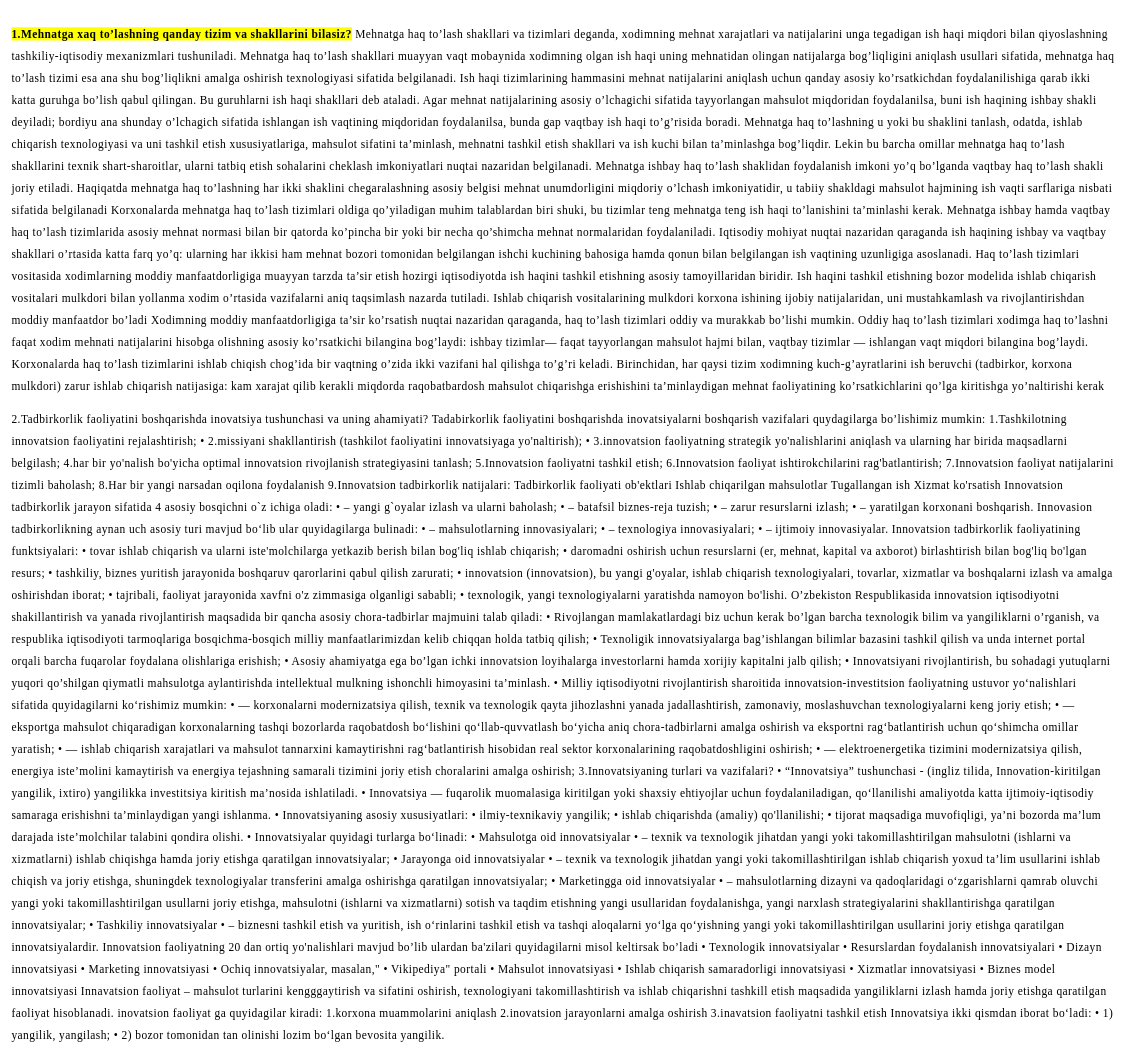
Repository: Ikromkhurozov/tsue-exam-answers
Page: index.html
These files come from the project's save history. The page is drawn as it stood at one moment and after the next save; the edit follows.
The browser window is 1280 px wide. The pictures show the whole page, at 88% of full size.

Above is the page before, as saved 2024-01-15 00:56:44.

### index.html
<!DOCTYPE html>
<html lang="en">
  <head>
    <meta charset="UTF-8" />
    <meta name="viewport" content="width=device-width, initial-scale=1.0" />
    <title>Document</title>
    <style>
      mark {
        font-weight: bold;
      }

      div {
        padding: 5px;
      }

      * {
        letter-spacing: 0.5px;
        line-height: 25px;
        font-size: 13px;
      }
    </style>
  </head>
  <body>

   <div>

      <p> <mark>1.Mehnatga xaq to’lashning qanday tizim va shakllarini bilasiz?</mark> Mehnatga haq to’lash shakllari va tizimlari deganda, xodimning mehnat xarajatlari va natijalarini unga tegadigan ish haqi miqdori bilan qiyoslashning tashkiliy-iqtisodiy mexanizmlari tushuniladi. Mehnatga haq to’lash shakllari muayyan vaqt mobaynida xodimning olgan ish haqi uning mehnatidan olingan natijalarga bog’liqligini aniqlash usullari sifatida, mehnatga haq to’lash tizimi esa ana shu bog’liqlikni amalga oshirish texnologiyasi sifatida belgilanadi.
         Ish haqi tizimlarining hammasini mehnat natijalarini aniqlash uchun qanday asosiy ko’rsatkichdan foydalanilishiga qarab ikki katta guruhga bo’lish qabul qilingan. Bu guruhlarni ish haqi shakllari deb ataladi. Agar mehnat natijalarining asosiy o’lchagichi sifatida tayyorlangan mahsulot miqdoridan foydalanilsa, buni ish haqining ishbay shakli deyiladi; bordiyu ana shunday o’lchagich sifatida ishlangan ish vaqtining miqdoridan foydalanilsa, bunda gap vaqtbay ish haqi to’g’risida boradi.
         Mehnatga haq to’lashning u yoki bu shaklini tanlash, odatda, ishlab chiqarish texnologiyasi va uni tashkil etish xususiyatlariga, mahsulot sifatini ta’minlash, mehnatni tashkil etish shakllari va ish kuchi bilan ta’minlashga bog’liqdir. Lekin bu barcha omillar mehnatga haq to’lash shakllarini texnik shart-sharoitlar, ularni tatbiq etish sohalarini cheklash imkoniyatlari nuqtai nazaridan belgilanadi. Mehnatga ishbay haq to’lash shaklidan foydalanish imkoni yo’q bo’lganda vaqtbay haq to’lash shakli joriy etiladi. Haqiqatda mehnatga haq to’lashning har ikki shaklini chegaralashning asosiy belgisi mehnat unumdorligini miqdoriy o’lchash imkoniyatidir, u tabiiy shakldagi mahsulot hajmining ish vaqti sarflariga nisbati sifatida belgilanadi
         Korxonalarda mehnatga haq to’lash tizimlari oldiga qo’yiladigan muhim talablardan biri shuki, bu tizimlar teng mehnatga teng ish haqi to’lanishini ta’minlashi kerak.
         Mehnatga ishbay hamda vaqtbay haq to’lash tizimlarida asosiy mehnat normasi bilan bir qatorda ko’pincha bir yoki bir necha qo’shimcha mehnat normalaridan foydalaniladi.
         Iqtisodiy mohiyat nuqtai nazaridan qaraganda ish haqining ishbay va vaqtbay shakllari o’rtasida katta farq yo’q: ularning har ikkisi ham mehnat bozori tomonidan belgilangan ishchi kuchining bahosiga hamda qonun bilan belgilangan ish vaqtining uzunligiga asoslanadi.
         Haq to’lash tizimlari vositasida xodimlarning moddiy manfaatdorligiga muayyan tarzda ta’sir etish hozirgi iqtisodiyotda ish haqini tashkil etishning asosiy tamoyillaridan biridir. Ish haqini tashkil etishning bozor modelida ishlab chiqarish vositalari mulkdori bilan yollanma xodim o’rtasida vazifalarni aniq taqsimlash nazarda tutiladi. Ishlab chiqarish vositalarining mulkdori korxona ishining ijobiy natijalaridan, uni mustahkamlash va rivojlantirishdan moddiy manfaatdor bo’ladi
         Xodimning moddiy manfaatdorligiga ta’sir ko’rsatish nuqtai nazaridan qaraganda, haq to’lash tizimlari oddiy va murakkab bo’lishi mumkin. Oddiy haq to’lash tizimlari xodimga haq to’lashni faqat xodim mehnati natijalarini hisobga olishning asosiy ko’rsatkichi bilangina bog’laydi: ishbay tizimlar— faqat tayyorlangan mahsulot hajmi bilan, vaqtbay tizimlar — ishlangan vaqt miqdori bilangina bog’laydi.
         Korxonalarda haq to’lash tizimlarini ishlab chiqish chog’ida bir vaqtning o’zida ikki vazifani hal qilishga to’g’ri keladi. Birinchidan, har qaysi tizim xodimning kuch-g’ayratlarini ish beruvchi (tadbirkor, korxona mulkdori) zarur ishlab chiqarish natijasiga: kam xarajat qilib kerakli miqdorda raqobatbardosh mahsulot chiqarishga erishishini ta’minlaydigan mehnat faoliyatining ko’rsatkichlarini qo’lga kiritishga yo’naltirishi kerak
         </p>




2.Tadbirkorlik faoliyatini boshqarishda inovatsiya tushunchasi va uning ahamiyati?
Tadabirkorlik faoliyatini boshqarishda inovatsiyalarni boshqarish vazifalari quydagilarga bo’lishimiz mumkin: 1.Tashkilotning innovatsion faoliyatini rejalashtirish;
•	2.missiyani shakllantirish (tashkilot faoliyatini innovatsiyaga yo'naltirish);
•	3.innovatsion faoliyatning strategik yo'nalishlarini aniqlash va ularning har birida maqsadlarni belgilash; 4.har bir yo'nalish bo'yicha optimal innovatsion rivojlanish strategiyasini tanlash; 5.Innovatsion faoliyatni tashkil etish; 6.Innovatsion faoliyat ishtirokchilarini rag'batlantirish; 7.Innovatsion faoliyat natijalarini tizimli baholash; 8.Har bir yangi narsadan oqilona foydalanish 9.Innovatsion tadbirkorlik natijalari: Tadbirkorlik faoliyati ob'ektlari Ishlab chiqarilgan mahsulotlar Tugallangan ish Xizmat ko'rsatish
Innovatsion tadbirkorlik jarayon sifatida 4 asosiy bosqichni o`z ichiga oladi:
•	– yangi g`oyalar izlash va ularni baholash;
•	– batafsil biznes-reja tuzish;
•	– zarur resurslarni izlash;
•	– yaratilgan korxonani boshqarish.

Innovasion tadbirkorlikning aynan uch asosiy turi mavjud boʻlib ular quyidagilarga bulinadi:
•	– mahsulotlarning innovasiyalari;
•	– texnologiya innovasiyalari;
•	– ijtimoiy innovasiyalar.

Innovatsion tadbirkorlik faoliyatining funktsiyalari:
•	tovar ishlab chiqarish va ularni iste'molchilarga yetkazib berish bilan bog'liq ishlab chiqarish;
•	daromadni oshirish uchun resurslarni (er, mehnat, kapital va axborot) birlashtirish bilan bog'liq bo'lgan resurs;
•	tashkiliy, biznes yuritish jarayonida boshqaruv qarorlarini qabul qilish zarurati;
•	innovatsion (innovatsion), bu yangi g'oyalar, ishlab chiqarish texnologiyalari, tovarlar, xizmatlar va boshqalarni izlash va amalga oshirishdan iborat;
•	tajribali, faoliyat jarayonida xavfni o'z zimmasiga olganligi sababli;
•	texnologik, yangi texnologiyalarni yaratishda namoyon bo'lishi.
	O’zbekiston Respublikasida innovatsion iqtisodiyotni shakillantirish va yanada rivojlantirish maqsadida bir qancha asosiy chora-tadbirlar majmuini talab qiladi:
•	Rivojlangan mamlakatlardagi biz uchun kerak bo’lgan barcha texnologik bilim va yangiliklarni o’rganish, va respublika iqtisodiyoti tarmoqlariga bosqichma-bosqich milliy manfaatlarimizdan kelib chiqqan holda tatbiq qilish;
•	Texnoligik innovatsiyalarga bag’ishlangan bilimlar bazasini tashkil qilish va unda internet portal orqali barcha fuqarolar foydalana olishlariga erishish;
•	Asosiy ahamiyatga ega bo’lgan ichki innovatsion loyihalarga investorlarni hamda xorijiy kapitalni jalb qilish;
•	Innovatsiyani rivojlantirish, bu sohadagi yutuqlarni yuqori qo’shilgan qiymatli mahsulotga aylantirishda intellektual mulkning ishonchli himoyasini ta’minlash.
•		Milliy iqtisodiyotni rivojlantirish sharoitida innovatsion-investitsion faoliyatning ustuvor yo‘nalishlari sifatida quyidagilarni ko‘rishimiz mumkin:
•	— korxonalarni modernizatsiya qilish, texnik va texnologik qayta jihozlashni yanada jadallashtirish, zamonaviy, moslashuvchan texnologiyalarni keng joriy etish;
•	— eksportga mahsulot chiqaradigan korxonalarning tashqi bozorlarda raqobatdosh bo‘lishini qo‘llab-quvvatlash bo‘yicha aniq chora-tadbirlarni amalga oshirish va eksportni rag‘batlantirish uchun qo‘shimcha omillar yaratish;
•	— ishlab chiqarish xarajatlari va mahsulot tannarxini kamaytirishni rag‘batlantirish hisobidan real sektor korxonalarining raqobatdoshligini oshirish;
•	— elektroenergetika tizimini modernizatsiya qilish, energiya iste’molini kamaytirish va energiya tejashning samarali tizimini joriy etish choralarini amalga oshirish;


3.Innovatsiyaning turlari va vazifalari?
•	“Innovatsiya”  tushunchasi - (ingliz tilida, Innovation-kiritilgan yangilik, ixtiro) yangilikka  investitsiya    kiritish     ma’nosida ishlatiladi.
•	Innovatsiya — fuqarolik muomalasiga kiritilgan yoki shaxsiy ehtiyojlar uchun foydalaniladigan, qo‘llanilishi amaliyotda katta ijtimoiy-iqtisodiy samaraga erishishni ta’minlaydigan yangi ishlanma.
•	Innovatsiyaning asosiy xususiyatlari:
•	ilmiy-texnikaviy yangilik;
•	ishlab chiqarishda (amaliy) qo'llanilishi;
•	tijorat maqsadiga muvofiqligi, ya’ni bozorda ma’lum darajada iste’molchilar
talabini qondira olishi.

•	Innovatsiyalar quyidagi turlarga bo‘linadi:
•	Mahsulotga oid innovatsiyalar
•	–  texnik va texnologik jihatdan yangi yoki takomillashtirilgan mahsulotni (ishlarni va xizmatlarni) ishlab chiqishga hamda joriy etishga qaratilgan innovatsiyalar;
•	Jarayonga oid innovatsiyalar
•	– texnik va texnologik jihatdan yangi yoki takomillashtirilgan ishlab chiqarish yoxud ta’lim usullarini ishlab chiqish va joriy etishga, shuningdek texnologiyalar transferini amalga oshirishga qaratilgan innovatsiyalar;
•	Marketingga oid innovatsiyalar
•	– mahsulotlarning dizayni va qadoqlaridagi o‘zgarishlarni qamrab oluvchi yangi yoki takomillashtirilgan usullarni joriy etishga, mahsulotni (ishlarni va xizmatlarni) sotish va taqdim etishning yangi usullaridan foydalanishga, yangi narxlash strategiyalarini shakllantirishga qaratilgan innovatsiyalar;
•	Tashkiliy innovatsiyalar
•	– biznesni tashkil etish va yuritish, ish o‘rinlarini tashkil etish va tashqi aloqalarni yo‘lga qo‘yishning yangi yoki takomillashtirilgan usullarini joriy etishga qaratilgan innovatsiyalardir.

Innovatsion faoliyatning 20 dan ortiq yo'nalishlari mavjud bo’lib ulardan ba'zilari quyidagilarni misol keltirsak bo’ladi
•	Texnologik innovatsiyalar
•	Resurslardan foydalanish innovatsiyalari
•	Dizayn innovatsiyasi
•	Marketing innovatsiyasi
•	Ochiq innovatsiyalar, masalan,"
•	Vikipediya" portali
•	Mahsulot innovatsiyasi
•	Ishlab chiqarish samaradorligi innovatsiyasi
•	Xizmatlar innovatsiyasi
•	Biznes model innovatsiyasi

Innavatsion faoliyat – mahsulot turlarini kengggaytirish va sifatini oshirish, texnologiyani takomillashtirish va ishlab chiqarishni  tashkill etish maqsadida yangiliklarni izlash hamda joriy etishga qaratilgan faoliyat hisoblanadi. inovatsion faoliyat ga quyidagilar kiradi: 1.korxona muammolarini aniqlash 2.inovatsion jarayonlarni amalga oshirish 3.inavatsion faoliyatni tashkil etish
Innovatsiya ikki qismdan iborat bo‘ladi:
•	1) yangilik, yangilash;
•	2) bozor tomonidan tan olinishi lozim bo‘lgan bevosita yangilik.






   </div>

  </body>
</html>

After the next save:
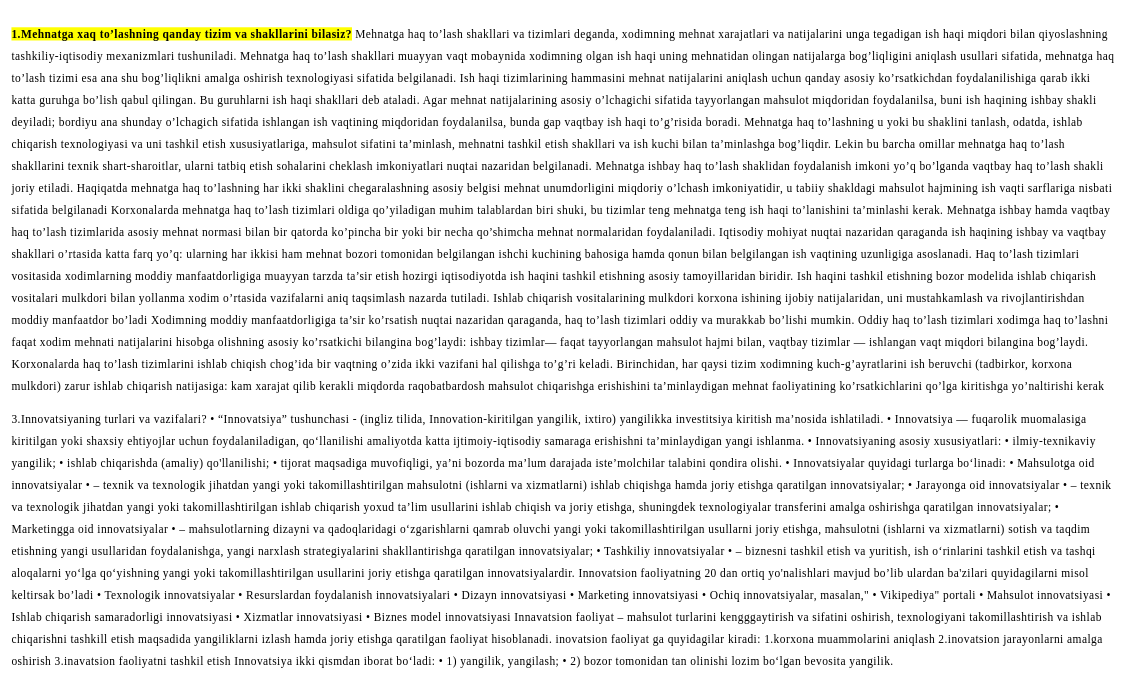
Saved 19 s later.
--- a/index.html
+++ b/index.html
@@ -38,38 +38,6 @@
 
 
 
-2.Tadbirkorlik faoliyatini boshqarishda inovatsiya tushunchasi va uning ahamiyati?
-Tadabirkorlik faoliyatini boshqarishda inovatsiyalarni boshqarish vazifalari quydagilarga bo’lishimiz mumkin: 1.Tashkilotning innovatsion faoliyatini rejalashtirish;
-•	2.missiyani shakllantirish (tashkilot faoliyatini innovatsiyaga yo'naltirish);
-•	3.innovatsion faoliyatning strategik yo'nalishlarini aniqlash va ularning har birida maqsadlarni belgilash; 4.har bir yo'nalish bo'yicha optimal innovatsion rivojlanish strategiyasini tanlash; 5.Innovatsion faoliyatni tashkil etish; 6.Innovatsion faoliyat ishtirokchilarini rag'batlantirish; 7.Innovatsion faoliyat natijalarini tizimli baholash; 8.Har bir yangi narsadan oqilona foydalanish 9.Innovatsion tadbirkorlik natijalari: Tadbirkorlik faoliyati ob'ektlari Ishlab chiqarilgan mahsulotlar Tugallangan ish Xizmat ko'rsatish
-Innovatsion tadbirkorlik jarayon sifatida 4 asosiy bosqichni o`z ichiga oladi:
-•	– yangi g`oyalar izlash va ularni baholash;
-•	– batafsil biznes-reja tuzish;
-•	– zarur resurslarni izlash;
-•	– yaratilgan korxonani boshqarish.
-
-Innovasion tadbirkorlikning aynan uch asosiy turi mavjud boʻlib ular quyidagilarga bulinadi:
-•	– mahsulotlarning innovasiyalari;
-•	– texnologiya innovasiyalari;
-•	– ijtimoiy innovasiyalar.
-
-Innovatsion tadbirkorlik faoliyatining funktsiyalari:
-•	tovar ishlab chiqarish va ularni iste'molchilarga yetkazib berish bilan bog'liq ishlab chiqarish;
-•	daromadni oshirish uchun resurslarni (er, mehnat, kapital va axborot) birlashtirish bilan bog'liq bo'lgan resurs;
-•	tashkiliy, biznes yuritish jarayonida boshqaruv qarorlarini qabul qilish zarurati;
-•	innovatsion (innovatsion), bu yangi g'oyalar, ishlab chiqarish texnologiyalari, tovarlar, xizmatlar va boshqalarni izlash va amalga oshirishdan iborat;
-•	tajribali, faoliyat jarayonida xavfni o'z zimmasiga olganligi sababli;
-•	texnologik, yangi texnologiyalarni yaratishda namoyon bo'lishi.
-	O’zbekiston Respublikasida innovatsion iqtisodiyotni shakillantirish va yanada rivojlantirish maqsadida bir qancha asosiy chora-tadbirlar majmuini talab qiladi:
-•	Rivojlangan mamlakatlardagi biz uchun kerak bo’lgan barcha texnologik bilim va yangiliklarni o’rganish, va respublika iqtisodiyoti tarmoqlariga bosqichma-bosqich milliy manfaatlarimizdan kelib chiqqan holda tatbiq qilish;
-•	Texnoligik innovatsiyalarga bag’ishlangan bilimlar bazasini tashkil qilish va unda internet portal orqali barcha fuqarolar foydalana olishlariga erishish;
-•	Asosiy ahamiyatga ega bo’lgan ichki innovatsion loyihalarga investorlarni hamda xorijiy kapitalni jalb qilish;
-•	Innovatsiyani rivojlantirish, bu sohadagi yutuqlarni yuqori qo’shilgan qiymatli mahsulotga aylantirishda intellektual mulkning ishonchli himoyasini ta’minlash.
-•		Milliy iqtisodiyotni rivojlantirish sharoitida innovatsion-investitsion faoliyatning ustuvor yo‘nalishlari sifatida quyidagilarni ko‘rishimiz mumkin:
-•	— korxonalarni modernizatsiya qilish, texnik va texnologik qayta jihozlashni yanada jadallashtirish, zamonaviy, moslashuvchan texnologiyalarni keng joriy etish;
-•	— eksportga mahsulot chiqaradigan korxonalarning tashqi bozorlarda raqobatdosh bo‘lishini qo‘llab-quvvatlash bo‘yicha aniq chora-tadbirlarni amalga oshirish va eksportni rag‘batlantirish uchun qo‘shimcha omillar yaratish;
-•	— ishlab chiqarish xarajatlari va mahsulot tannarxini kamaytirishni rag‘batlantirish hisobidan real sektor korxonalarining raqobatdoshligini oshirish;
-•	— elektroenergetika tizimini modernizatsiya qilish, energiya iste’molini kamaytirish va energiya tejashning samarali tizimini joriy etish choralarini amalga oshirish;
 
 
 3.Innovatsiyaning turlari va vazifalari?
